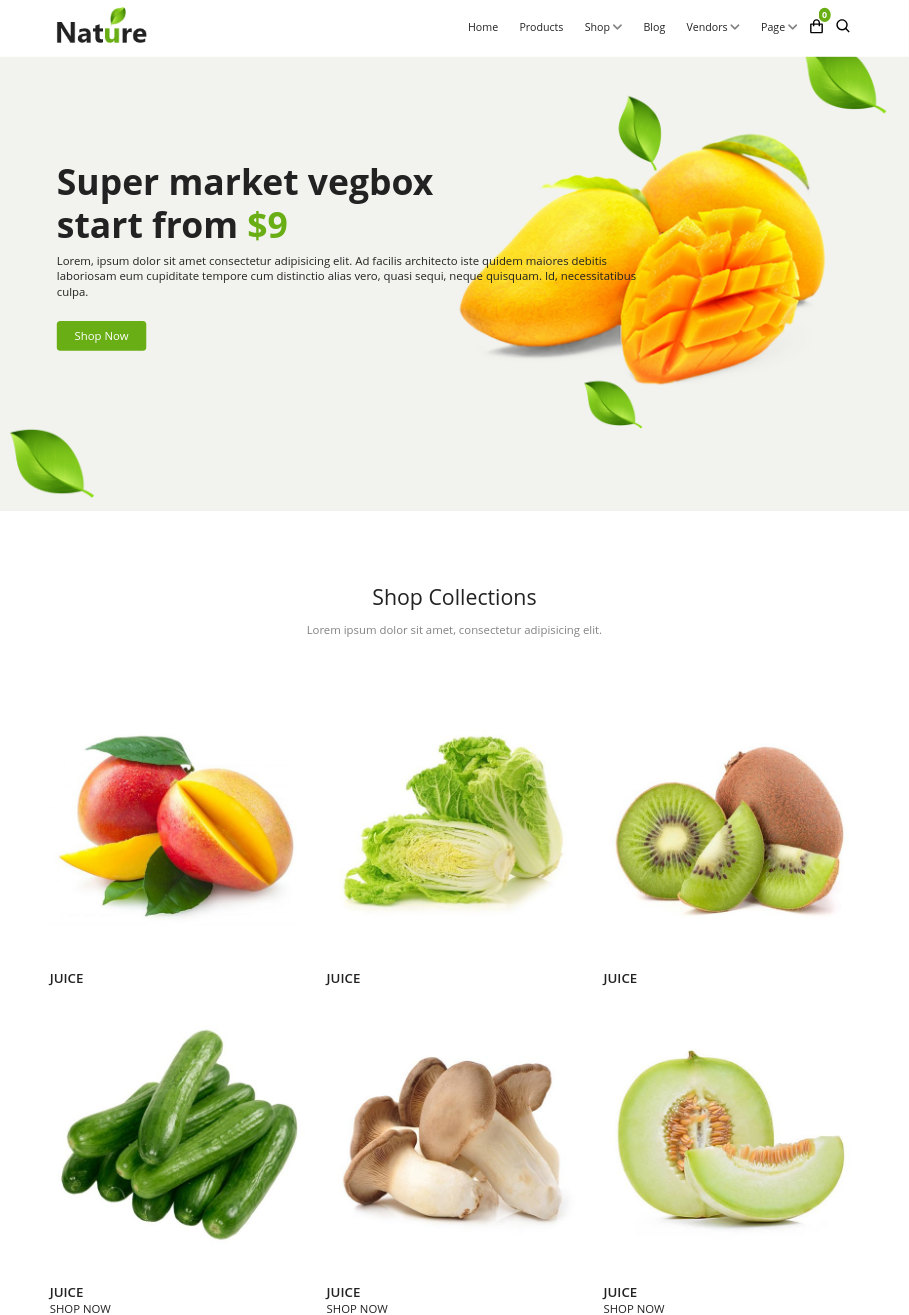
Repository: hoanggiainfomation/hoanggiainfomation.github.io
Page: index.html
These files come from the project's save history. The page is drawn as it stood at one moment and after the next save; the edit follows.
The browser window is 1280 px wide. The pictures show the whole page, at 71% of full size.
Some web libraries are served in a nearby version.

Above is the page before, as saved 2021-08-17 20:13:18.

### index.html
<!DOCTYPE html>
<html lang="en">
  <head>
    <meta charset="UTF-8" />
    <meta name="viewport" content="width=device-width, initial-scale=1.0" />
    <!-- Favicon -->
    <link rel="shortcut icon" href="./images/favicon.png" type="image/png" />
    <!-- Font Awesome -->
    <link
      rel="stylesheet"
      href="https://cdnjs.cloudflare.com/ajax/libs/font-awesome/5.15.1/css/all.min.css"
    />
    <!-- ======== Swiper Js ======= -->
    <link
      rel="stylesheet"
      href="https://cdnjs.cloudflare.com/ajax/libs/Swiper/6.7.5/swiper-bundle.min.css"
    />

    <!-- Boxicons -->
    <link
      href="https://unpkg.com/boxicons@2.0.8/css/boxicons.min.css"
      rel="stylesheet"
    />
    <!-- Custom StyleSheet -->
    <link rel="stylesheet" href="./styles.css" />
    <title>Codevo - Ecommerce Website</title>
  </head>
  <body>
    <!-- Navigation -->
    <nav class="nav">
      <div class="wrapper container">
        <div class="logo">
          <a href="">
            <img src="./images/logo.png" alt="" />
          </a>
        </div>
        <ul class="nav-list show">
          <div class="top">
            <label for="" class="btn close-btn"
              ><i class="fas fa-times"></i
            ></label>
          </div>
          <li><a href="index.html">Home</a></li>
          <li><a href="products.html">Products</a></li>
          <li>
            <a href="" class="desktop-item"
              >Shop <span><i class="fas fa-chevron-down"></i></span
            ></a>
            <input type="checkbox" id="showMega" />
            <label for="showMega" class="mobile-item"
              >Shop <span><i class="fas fa-chevron-down"></i></span
            ></label>
            <div class="mega-box">
              <div class="content">
                <div class="row">
                  <img src="./images/nav.png" alt="" />
                </div>
                <div class="row">
                  <header>Shop Layout</header>
                  <ul class="mega-links">
                    <li><a href="#">Shop With Background</a></li>
                    <li><a href="#">Shop Mini Categories</a></li>
                    <li><a href="#">Shop Only Categories</a></li>
                    <li><a href="#">Shop Icon Categories</a></li>
                  </ul>
                </div>
                <div class="row">
                  <header>Filter Layout</header>
                  <ul class="mega-links">
                    <li><a href="#">Sidebar</a></li>
                    <li><a href="#">Filter Default</a></li>
                    <li><a href="#">Filter Drawer</a></li>
                    <li><a href="#">Filter Dropdown</a></li>
                  </ul>
                </div>
                <div class="row">
                  <header>Product Layout</header>
                  <ul class="mega-links">
                    <li><a href="#">Layout Zoom</a></li>
                    <li><a href="#">Layout Sticky</a></li>
                    <li><a href="#">Layout Sticky 2</a></li>
                    <li><a href="#">Layout Scroll</a></li>
                  </ul>
                </div>
              </div>
            </div>
          </li>
          <li><a href="">Blog</a></li>
          <li>
            <a href="" class="desktop-item"
              >Vendors <span><i class="fas fa-chevron-down"></i></span
            ></a>
            <input type="checkbox" id="showdrop1" />
            <label for="showdrop1" class="mobile-item"
              >Vendors <span><i class="fas fa-chevron-down"></i></span
            ></label>
            <ul class="drop-menu1">
              <li><a href="">Vendor Store listings</a></li>
              <li><a href="">Store Details</a></li>
            </ul>
          </li>

          <li>
            <a href="" class="desktop-item"
              >Page <span><i class="fas fa-chevron-down"></i></span
            ></a>
            <input type="checkbox" id="showdrop2" />
            <label for="showdrop2" class="mobile-item"
              >Page <span><i class="fas fa-chevron-down"></i></span
            ></label>
            <ul class="drop-menu2">
              <li><a href="">About</a></li>
              <li><a href="">Contact</a></li>
              <li><a href="">Faq</a></li>
              <li><a href="">Page 404</a></li>
            </ul>
          </li>
          <!-- icons -->
          <li class="icons">
            <a href="cart.html">
              <span>
                <img src="./images/shoppingBag.svg" alt="" />
                <small class="count d-flex">0</small>
              </span>
            </a>
            <span><img src="./images/search.svg" alt="" /></span>
          </li>
        </ul>
        <label for="" class="btn open-btn"><i class="fas fa-bars"></i></label>
      </div>
    </nav>
    <!-- Hero -->
    <div class="hero">
      <div class="row">
        <!-- Swiper -->
        <div class="swiper-container slider-1">
          <div class="swiper-wrapper">
            <div class="swiper-slide">
              <img src="./images/hero-1.png" alt="" />
              <div class="content">
                <h1>
                  Super market vegbox
                  <br />
                  start from
                  <span>$9</span>
                </h1>
                <p>
                  Lorem, ipsum dolor sit amet consectetur adipisicing elit. Ad
                  facilis architecto iste quidem maiores debitis laboriosam eum
                  cupiditate tempore cum distinctio alias vero, quasi sequi,
                  neque quisquam. Id, necessitatibus culpa.
                </p>
                <a href="">Shop Now</a>
              </div>
            </div>
            <div class="swiper-slide">
              <img src="./images/hero-2.png" alt="" />
              <div class="content">
                <h1>
                  You first Order
                  <br />
                  start from
                  <span>20% off</span>
                  at Juice
                </h1>
                <p>
                  Lorem, ipsum dolor sit amet consectetur adipisicing elit. Ad
                  facilis architecto iste quidem maiores debitis laboriosam eum
                  cupiditate tempore cum distinctio alias vero, quasi sequi,
                  neque quisquam. Id, necessitatibus culpa.
                </p>
                <a href="">Shop Now</a>
              </div>
            </div>
            <div class="swiper-slide">
              <img src="./images/hero-3.png" alt="" />
              <div class="content">
                <h1>
                  Super market vegbox
                  <br />
                  start from
                  <span>$9</span>
                </h1>
                <p>
                  Lorem, ipsum dolor sit amet consectetur adipisicing elit. Ad
                  facilis architecto iste quidem maiores debitis laboriosam eum
                  cupiditate tempore cum distinctio alias vero, quasi sequi,
                  neque quisquam. Id, necessitatibus culpa.
                </p>
                <a href="">Shop Now</a>
              </div>
            </div>
          </div>
          <!-- <div class="swiper-button-next"></div>
        <div class="swiper-button-prev"></div> -->
        </div>
      </div>
      <!-- Carousel Navigation -->
      <div class="arrows d-flex">
        <div class="swiper-prev d-flex">
          <i class="bx bx-chevrons-left swiper-icon"></i>
        </div>
        <div class="swiper-next d-flex">
          <i class="bx bx-chevrons-right swiper-icon"></i>
        </div>
      </div>
    </div>
    <!-- Collertions -->
    <section class="section collection">
      <div class="title">
        <h2>Shop Collections</h2>
        <span>Lorem ipsum dolor sit amet, consectetur adipisicing elit.</span>
      </div>
      <div class="collection-layout container">
        <div class="collection-item">
          <img src="./images/product-1.jpg" alt="" />
          <div class="collection-content">
            <h3>JUICE</h3>
            <a href="">SHOP NOW</a>
          </div>
        </div>
        <div class="collection-item">
          <img src="./images/product-2.jpg" alt="" />
          <div class="collection-content">
            <h3>JUICE</h3>
            <a href="">SHOP NOW</a>
          </div>
        </div>
        <div class="collection-item">
          <img src="./images/product-3.jpg" alt="" />
          <div class="collection-content">
            <h3>JUICE</h3>
            <a href="">SHOP NOW</a>
          </div>
        </div>
        <div class="collection-item">
          <img src="./images/product-4.jpg" alt="" />
          <div class="collection-content">
            <h3>JUICE</h3>
            <a href="">SHOP NOW</a>
          </div>
        </div>
        <div class="collection-item">
          <img src="./images/product-5.jpg" alt="" />
          <div class="collection-content">
            <h3>JUICE</h3>
            <a href="">SHOP NOW</a>
          </div>
        </div>
        <div class="collection-item">
          <img src="./images/product-6.jpg" alt="" />
          <div class="collection-content">
            <h3>JUICE</h3>
            <a href="">SHOP NOW</a>
          </div>
        </div>
      </div>
    </section>
    <!-- ======== SwiperJS ======= -->
    <script src="https://cdnjs.cloudflare.com/ajax/libs/Swiper/6.7.5/swiper-bundle.min.js"></script>
    <!-- Custom Scripts -->
    <script src="./js/slider.js"></script>
    <script src="./js/index.js"></script>
  </body>
</html>

### styles.css
:root {
  --primary: #69ae14;
  --white: #fff;
  --black: #222;
  --grey1: #3a3b3c;
  --grey2: #828282;
}

*,
*::before,
*::after {
  margin: 0;
  padding: 0;
  box-sizing: inherit;
}

@import url("https://fonts.googleapis.com/css2?family=Open+Sans:wght@400;600;700&display=swap");

html {
  box-sizing: border-box;
  font-size: 62.5%;
}

body {
  font-family: "Open Sans", sans-serif;
  font-size: 1.6rem;
  background-color: var(--white);
  color: var(--black);
  font-weight: 400;
}

h1,
h2,
h3,
h4,
h5 {
  font-weight: 600;
}

a {
  text-decoration: none;
  color: inherit;
}

li {
  list-style: none;
}

.container {
  max-width: 114rem;
  margin: 0 auto;
}

@media (max-width: 1200px) {
  .container {
    padding: 0 3rem;
  }
}

@media (max-width: 768px) {
  .container {
    max-width: 60rem;
  }
}

.d-flex {
  display: flex;
  align-items: center;
}

nav {
  position: fixed;
  top: 0;
  left: 0;
  width: 100%;
  z-index: 999;
  background-color: var(--white);
  height: 8rem;
  line-height: 8rem;
}

.nav.fix-nav {
  width: 100%;
  box-shadow: 0 5px 15px rgba(0, 0, 0, 0.3);
  z-index: 999;
}

nav .wrapper {
  display: flex;
  align-items: center;
  justify-content: space-between;
  position: relative;
  height: 100%;
}

.wrapper .logo {
  height: 100%;
}

.wrapper .logo a {
  display: flex;
  align-items: center;
  justify-content: center;
  height: 100%;
}

.wrapper .nav-list {
  display: inline-flex;
}

.nav-list li i {
  color: var(--grey2);
}
/* .nav-list li i::after {
  content: "";
  position: absolute;
  top: 0;
  right: 0;
  width: 10px;
  height: 10px;
} */

.nav-list a {
  color: var(--black);
  font-size: 1.5rem;
  padding: 0.9rem 1.5rem;
  border-radius: 0.5rem;
  transition: all 300ms ease;
}

.nav-list li a:hover {
  color: var(--primary);
}

.nav-list .drop-menu1,
.nav-list .drop-menu2 {
  box-shadow: 0 0 2px rgba(0, 0, 0, 0.1);
  width: 20rem;
  top: 8.5rem;
  line-height: 4.5rem;
  position: absolute;
  background-color: var(--white);
  opacity: 0;
  visibility: hidden;
  transition: all 300ms ease;
}

.nav-list .drop-menu1 li a,
.nav-list .drop-menu2 li a {
  display: block;
  font-size: 1.5rem;
  width: 100%;
  padding: 0 0 0 1.5rem;
  border-radius: 0;
  color: var(--grey2);
}

.nav-list .drop-menu1 li a:hover,
.nav-list .drop-menu2 li a:hover {
  color: var(--primary);
}

.nav-list li:hover .drop-menu1,
.nav-list li:hover .drop-menu2,
.nav-list li:hover .mega-box {
  opacity: 1;
  visibility: visible;
  top: 6.5rem;
}

.mega-box {
  box-shadow: 0 0 2px rgba(0, 0, 0, 0.1);
  position: absolute;
  top: 8.5rem;
  left: 0;
  width: 100%;
  padding: 0 3rem;
  background-color: var(--white);
  opacity: 0;
  visibility: hidden;
  transition: all 300ms ease;
}

.mega-box .content {
  padding: 2.5rem 2rem;
  display: flex;
  width: 100%;
  justify-content: space-between;
}

.mega-box .content .row {
  width: calc(25% - 3rem);
  line-height: 4.5rem;
}

.content .row img {
  width: 100%;
  height: 100%;
  object-fit: cover;
}

.content .row header {
  font-size: 1.6rem;
  font-weight: 700;
  color: var(--grey1);
}

.content .row .mega-links {
  border-left: 1px solid rgba(255, 255, 255, 0.09);
  margin-left: -4rem;
}

.content .row li {
  padding: 0 2rem;
}

.content .row li a {
  padding: 0 2rem;
  display: block;
  font-size: 1.5rem;
  color: var(--grey2);
}

.content .row li a:hover {
  color: var(--primary);
}

.nav-list .mobile-item {
  display: none;
}

.nav-list input {
  display: none;
}

.wrapper .btn {
  color: var(--white);
  font-size: 2rem;
  cursor: pointer;
  display: none;
}

.nav-list .icons span {
  display: inline-block;
  margin: 0.5rem 1rem 0 0;
  position: relative;
}

.nav-list .icons a {
  padding: 0;
  display: inline-block;
}

.nav-list .icons .count {
  justify-content: center;
  position: absolute;
  top: 0.8rem;
  right: -0.8rem;
  background-color: var(--primary);
  height: 2rem;
  padding: 0.5rem;
  color: var(--white);
  font-weight: 700;
  border-radius: 50%;
}

@media (max-width: 968px) {
  .wrapper .nav-list {
    position: fixed;
    top: 0;
    left: -100%;
    height: 100%;
    width: 100%;
    max-width: 35rem;
    background-color: var(--white);
    display: block;
    overflow-y: auto;
    line-height: 5rem;
    box-shadow: 0 1.5rem 1.5rem rgba(0, 0, 0, 0.1);
    transition: all 300ms linear;
  }

  .wrapper .nav-list.show {
    left: 0;
  }

  .nav-list li {
    margin: 1.5rem 1rem;
  }

  .nav-list a {
    display: block;
    font-size: 1.8rem;
    padding: 0 2rem;
    color: var(--black);
  }

  .nav-list .drop-menu1,
  .nav-list .drop-menu2 {
    position: static;
    opacity: 1;
    visibility: visible;
    top: 6.5rem;
    padding-left: 2rem;
    width: 100%;
    max-height: 0;
    overflow: hidden;
  }

  #showdrop1:checked ~ .drop-menu1,
  #showdrop2:checked ~ .drop-menu2,
  #showMega:checked ~ .mega-box {
    max-height: 100%;
  }

  .nav-list .drop-menu1 li,
  .nav-list .drop-menu2 li {
    margin: 0;
  }

  .nav-list .drop-menu1 li a,
  .nav-list .drop-menu2 li a {
    color: var(--grey2);
    font-size: 1.5rem;
  }

  .nav-list .desktop-item {
    display: none;
  }

  .nav-list .mobile-item {
    display: block;
    font-size: 1.8rem;
    padding-left: 2rem;
    color: var(--black);
    cursor: pointer;
    border-radius: 0.5rem;
  }

  .nav-list .mobile-item:hover {
    color: var(--primary);
  }

  .mega-box {
    position: static;
    top: 6.5rem;
    padding: 0 2rem;
    opacity: 1;
    visibility: visible;
    max-height: 0;
    overflow: hidden;
    transition: all 300ms ease;
  }

  .mega-box .content {
    flex-direction: column;
    padding: 2rem 2rem 0 2rem;
  }

  .mega-box .content .row {
    width: 100%;
    border-top: 1px solid rgba(255, 255, 255, 0.09);
    margin-bottom: 1.5rem;
  }

  .content .row:nth-child(1),
  .content .row:nth-child(2) {
    border-top: 0;
  }

  .content .row .mega-links {
    border-left: 0;
    padding-left: 2rem;
  }

  .row .mega-links li {
    margin: 0;
  }

  .wrapper .btn {
    display: block;
    color: var(--black);
  }

  .nav-list .top {
    position: relative;
    display: block;
    background-color: var(--primary);
    width: 100%;
    height: 8rem;
  }

  .nav-list .close-btn {
    position: absolute;
    top: 1.5rem;
    right: 2.5rem;
    color: var(--white);
  }

  .nav-list .icons {
    padding-left: 2rem;
  }
}
/* Hero */
.hero {
  height: 100vh;
  position: relative;
  overflow: hidden;
}

.swiper-container,
.hero .row {
  width: 100%;
  height: 100%;
}

.hero .row {
  position: relative;
}

.hero .row img {
  height: 100%;
  width: 100%;
  object-fit: cover;
}

.hero .row .content {
  position: absolute;
  top: 50%;
  left: 80px;
  transform: translateY(-50%);
}

.hero .row .content h1 {
  line-height: 1.2;
  font-size: 5rem;
  font-weight: 700;
}

.hero .row .content span {
  color: var(--primary);
}

.hero .row .content p {
  margin: 1rem 0 1rem;
  width: 70%;
}

.hero .row .content a {
  display: inline-block;
  color: var(--white);
  background-color: var(--primary);
  border-radius: 5px;
  padding: 1rem 2.5rem;
  margin-top: 2rem;
}

.swiper-slide-active .content h1 {
  animation: movebottom 1s ease-in-out;
}

.swiper-slide-active .content a {
  animation: movetop 1s ease-in-out;
}

.swiper-slide-active .content p {
  animation: moveleft 1s ease-in-out;
}
@keyframes movebottom {
  0% {
    transform: translateY(-100px);
    opacity: 0;
  }
  100% {
    transform: translateY(0px);
    opacity: 1;
  }
}
@keyframes movetop {
  0% {
    transform: translateY(-100px);
    opacity: 0;
  }
  100% {
    transform: translateY(0px);
    opacity: 1;
  }
}
@keyframes moveleft {
  0% {
    transform: translateX(-100px);
    opacity: 0;
  }
  100% {
    transform: translateX(0px);
    opacity: 1;
  }
}
.hero .arrows {
  position: absolute;
  top: 50%;
  transform: translateY(-50%);
  width: 100%;
  z-index: 10;
  visibility: hidden;
  transition: all 500ms ease-in-out;
}
.hero:hover .arrows {
  visibility: visible;
  opacity: 1;
}
.arrows .swiper-prev,
.arrows .swiper-next {
  position: absolute;
  padding: 0.5rem 0.7rem;
  background-color: var(--primary);
  border-radius: 5px;
  color: var(--white);
  cursor: pointer;
}
.arrows .swiper-prev {
  left: 20px;
}
.arrows .swiper-next {
  right: 20px;
}
@media screen and (max-width: 567px) {
  .hero .row .content {
    left: 20px;
  }
  .hero .row .content h1 {
    font-size: 3rem;
  }
  .hero .row .content p {
    width: 80%;
  }
}
/* Collection */
section {
  padding: 10rem 0 5rem 0;
  overflow: hidden;
}
section .title {
  text-align: center;
  margin-bottom: 5rem;
}
section .title h2 {
  font-size: 3rem;
  font-weight: 400;
  margin-bottom: 1.5rem;
}
section .title span {
  color: var(--grey2);
}
.collection-layout {
  display: grid;
  grid-template-columns: repeat(3, 1fr);
  gap: 3rem;
}
.collection-item {
  /* position: relative;
  overflow: hidden;
  z-index: 0; */
}
.collection-item img {
  object-fit: cover;
  height: 100%;
  width: 100%;
  transition: all 500ms ease-in-out;
}

### js/slider.js
const swiper1 = new Swiper(".slider-1", {
  autuplay: {
    delay: 3500,
    disableOnInteraction: false,
  },
  grapbCursor: true,
  effect: "fade",
  loop: true,
  navigator: {
    nextEl: ".swiper-next",
    pervEl: ".swiper-prev",
  },
});

### js/index.js
const openNav = document.querySelector(".open-btn");
const closeNav = document.querySelector(".close-btn");
const menu = document.querySelector(".nav-list");

openNav.addEventListener("click", () => {
  menu.classList.add("show");
});
closeNav.addEventListener("click", () => {
  menu.classList.remove("show");
});

After the next save:
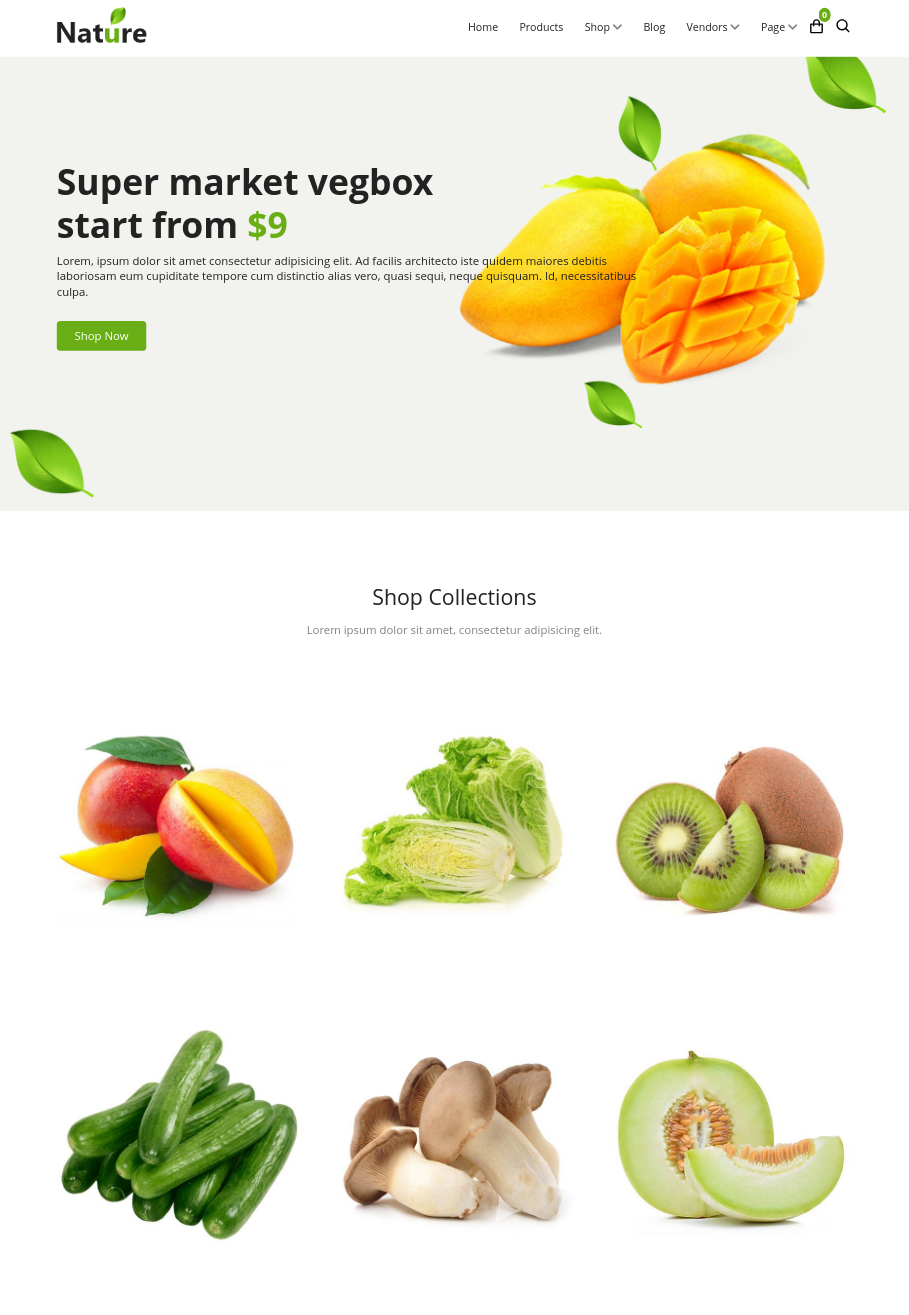
Saved 15 s later.
--- a/styles.css
+++ b/styles.css
@@ -558,9 +558,9 @@
   gap: 3rem;
 }
 .collection-item {
-  /* position: relative;
+  position: relative;
   overflow: hidden;
-  z-index: 0; */
+  z-index: 0;
 }
 .collection-item img {
   object-fit: cover;

After the save that followed:
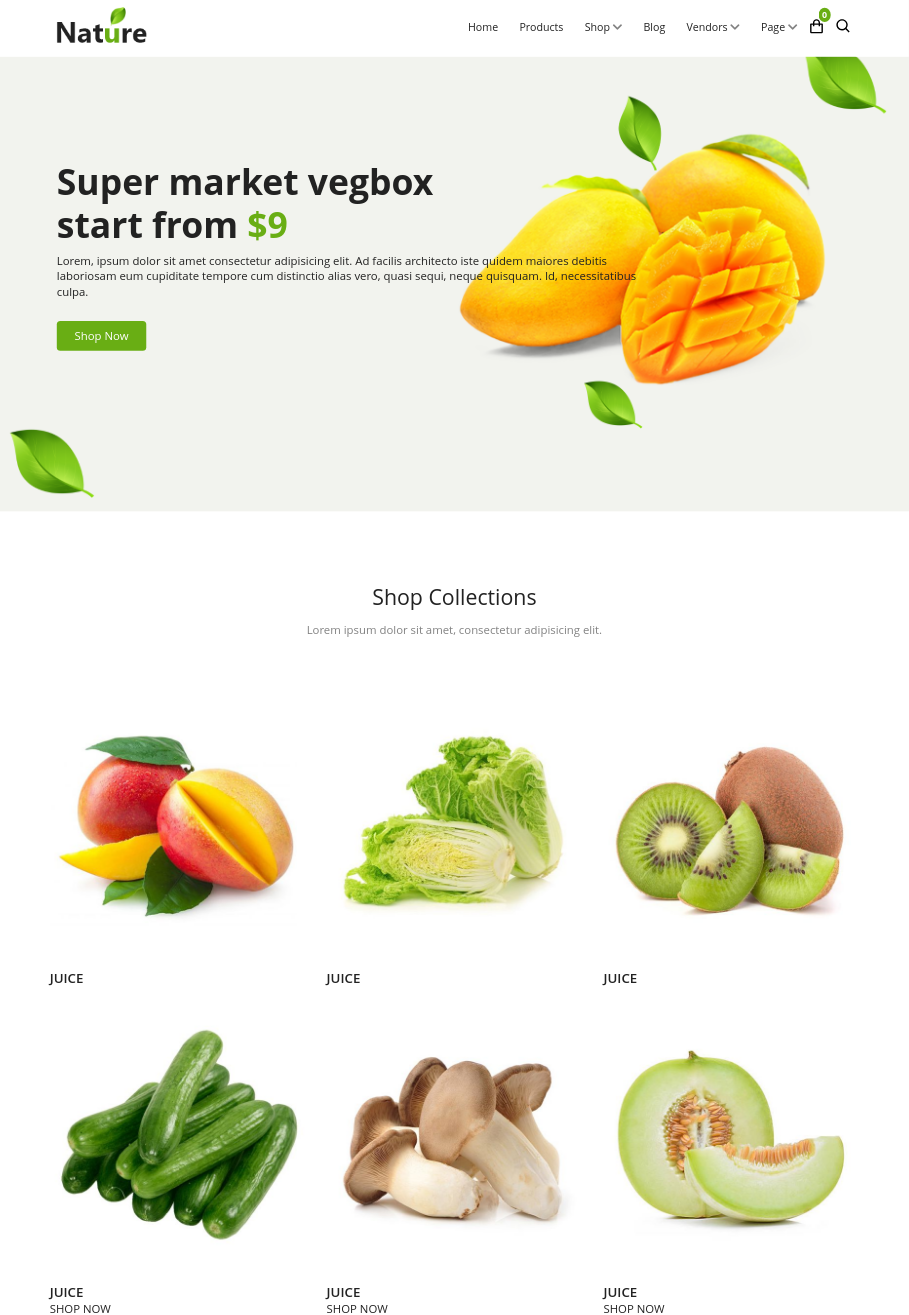
Saved 6 s later.
--- a/styles.css
+++ b/styles.css
@@ -558,9 +558,9 @@
   gap: 3rem;
 }
 .collection-item {
-  position: relative;
+  /* position: relative;
   overflow: hidden;
-  z-index: 0;
+  z-index: 0; */
 }
 .collection-item img {
   object-fit: cover;
